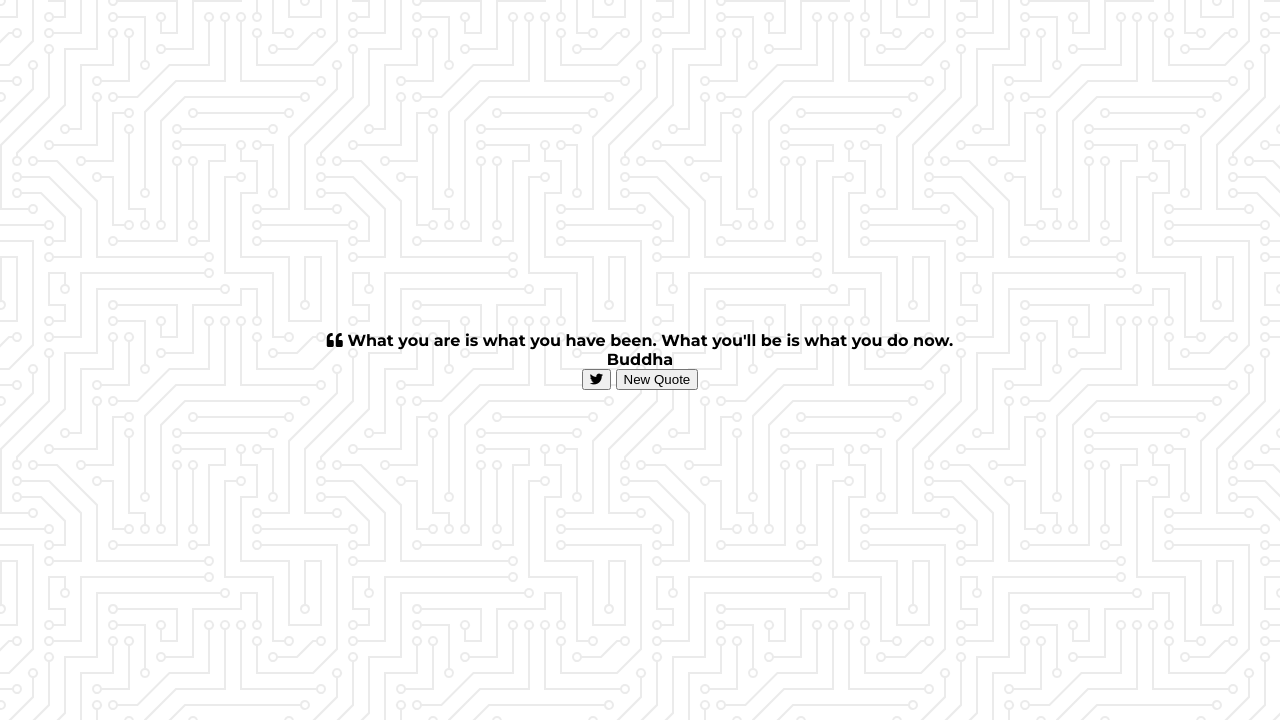
Repository: Badynko/quote-generator
Page: index.html
The author's editor kept a copy of each file at every save. The page is drawn from the files as they stood at one save, then again after the next save.
The browser window is 1280 px wide. The pictures show the whole page.
Some web libraries are served in a nearby version.

Above is the page before, as saved 2024-05-08 18:28:45.

After the next save:
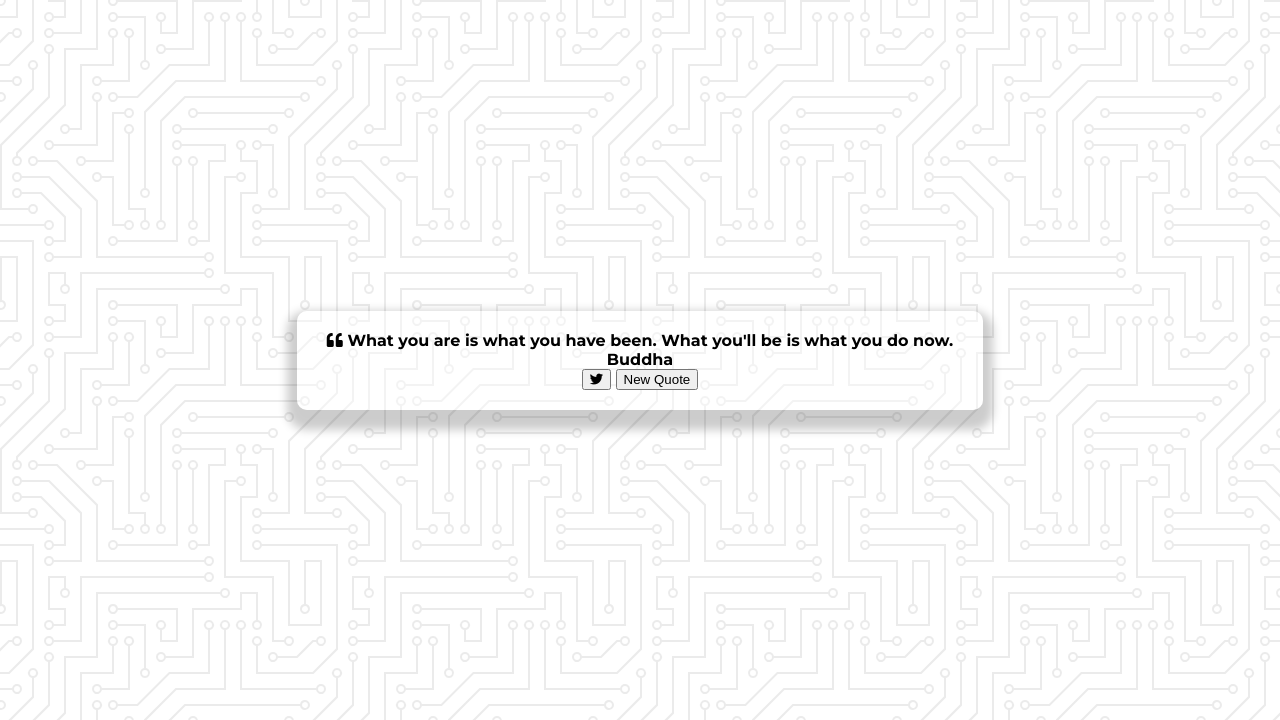
Saved 3 min 11 s later.
--- a/style.css
+++ b/style.css
@@ -17,3 +17,12 @@ body {
   align-items: center;
   justify-content: center;
 }
+
+.quote-container {
+  width: auto;
+  max-width: 900px;
+  padding: 20px 30px;
+  border-radius: 10px;
+  background-color: rgba(255, 255, 255, 0.4);
+  box-shadow: 0 10px 10px 10px rgba(0, 0, 0, 0.2);
+}
